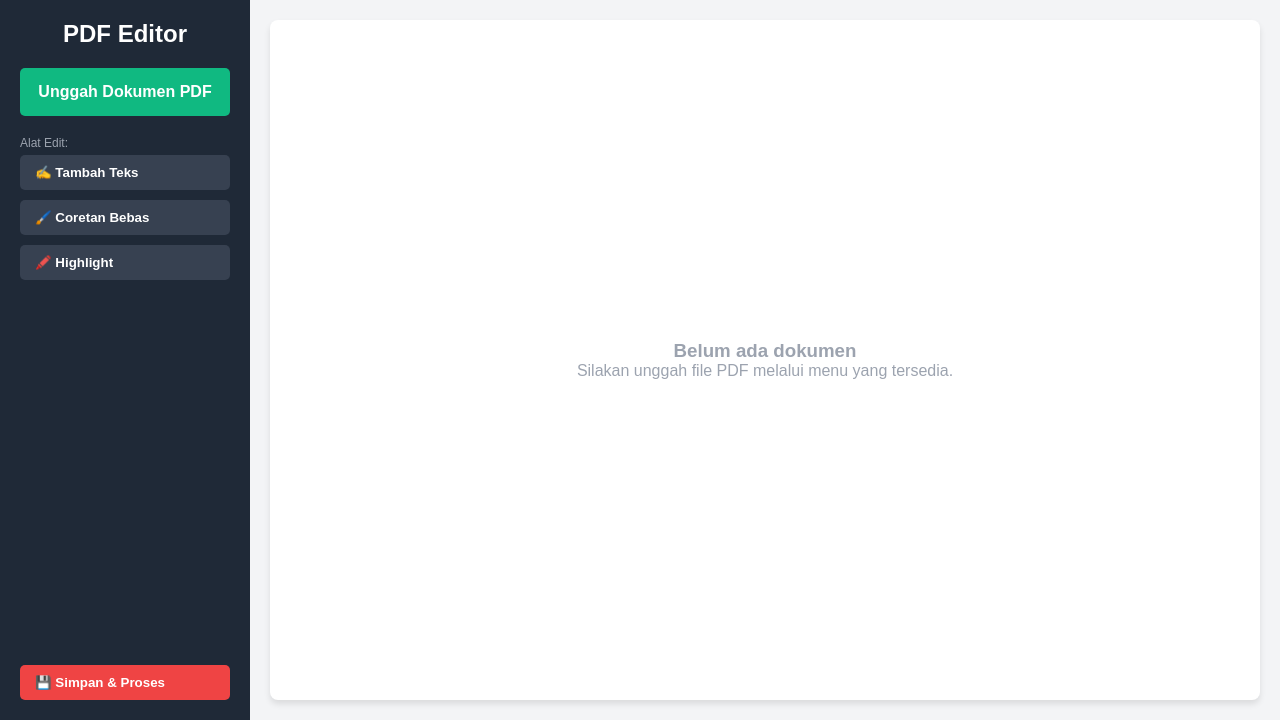
Repository: IkhsanMoekhtar/pdf_editor
Page: /
These files come from the project's save history. The page is drawn as it stood at one moment and after the next save; the edit follows.
The browser window is 1280 px wide. The pictures show the whole page.
The project was rebuilt for these pictures with package versions that can differ from the ones it lists, and the page was loaded fresh each time. Also part of the build but not shown: vite.config.js.

Above is the page before, as saved 2026-03-18 04:43:31.

### index.html
<!doctype html>
<html lang="en">
  <head>
    <meta charset="UTF-8" />
    <link rel="icon" type="image/svg+xml" href="/favicon.svg" />
    <meta name="viewport" content="width=device-width, initial-scale=1.0" />
    <title>frontend-pdf</title>
  </head>
  <body>
    <div id="root"></div>
    <script type="module" src="/src/main.jsx"></script>
  </body>
</html>

### src/index.css
/* --- CSS RESET GLOBAL --- */

/* Tanda bintang (*) artinya menerapkan aturan ini ke SEMUA elemen di website */
* {
  margin: 0;
  padding: 0;
  box-sizing: border-box; /* Memastikan padding tidak menambah lebar elemen */
}

/* Memaksa elemen dasar website untuk mengambil 100% layar tanpa sisa */
html, body, #root {
  width: 100%;
  height: 100%;
  background-color: #f3f4f6; /* Warna latar belakang aplikasi kita */
}

/* Menghilangkan font default yang kaku */
body {
  font-family: Inter, system-ui, Avenir, Helvetica, Arial, sans-serif;
  -webkit-font-smoothing: antialiased;
}

### src/App.jsx
import React, { useState } from 'react';
import './App.css'; // Mengimpor file CSS yang baru dibuat

function App() {
  const [pdfFile, setPdfFile] = useState(null);
  const [activeTool, setActiveTool] = useState(null);

  const handleFileUpload = (event) => {
    const file = event.target.files[0];
    if (file && file.type === 'application/pdf') {
      const fileUrl = URL.createObjectURL(file);
      setPdfFile(fileUrl);
    } else {
      alert("Mohon unggah file dengan format PDF.");
    }
  };

  const handleToolClick = (toolName) => {
    setActiveTool(toolName);
    if (toolName === 'save') {
      alert("Ini akan mengirim file ke backend Golang nanti!");
      setActiveTool(null);
    }
  };

  return (
    <div className="app-container">

      {/* BAGIAN SIDEBAR (Kiri di Desktop, Atas di HP) */}
      <div className="sidebar">
        <h2 style={{ margin: '0 0 20px 0', textAlign: 'center' }}>PDF Editor</h2>

        <label className="upload-label">
          Unggah Dokumen PDF
          <input type="file" accept="application/pdf" style={{ display: 'none' }} onChange={handleFileUpload} />
        </label>

        <p style={{ fontSize: '12px', color: '#9ca3af', marginBottom: '5px' }}>Alat Edit:</p>

        <div className="tools-group">
          {/* Tambahkan class 'active' jika tool sedang dipilih */}
          <button
            className={`tool-btn ${activeTool === 'text' ? 'active' : ''}`}
            onClick={() => handleToolClick('text')}
          >
            ✍️ Tambah Teks
          </button>
          <button
            className={`tool-btn ${activeTool === 'draw' ? 'active' : ''}`}
            onClick={() => handleToolClick('draw')}
          >
            🖌️ Coretan Bebas
          </button>
          <button
            className={`tool-btn ${activeTool === 'highlight' ? 'active' : ''}`}
            onClick={() => handleToolClick('highlight')}
          >
            🖍️ Highlight
          </button>
        </div>

        <button
          className="tool-btn save-btn"
          onClick={() => handleToolClick('save')}
        >
          💾 Simpan & Proses
        </button>
      </div>

      {/* BAGIAN UTAMA (Kanan di Desktop, Bawah di HP) */}
      <div className="main-content">
        <div className="viewer-container">
          {pdfFile ? (
            <iframe
              src={pdfFile}
              width="100%"
              height="100%"
              title="PDF Viewer"
              style={{ border: 'none' }}
            />
          ) : (
            <div style={{ color: '#9ca3af', textAlign: 'center', padding: '20px' }}>
              <h3>Belum ada dokumen</h3>
              <p>Silakan unggah file PDF melalui menu yang tersedia.</p>
            </div>
          )}
        </div>
      </div>

    </div>
  );
}

export default App;

### src/App.css
/* --- TATA LETAK UTAMA (DESKTOP) --- */
.app-container {
  display: flex;
  height: 100vh;
  font-family: sans-serif;
  background-color: #f3f4f6;
  flex-direction: row; /* Menyamping: Kiri sidebar, kanan viewer */
}

.sidebar {
  width: 250px;
  background-color: #1f2937;
  color: white;
  padding: 20px;
  display: flex;
  flex-direction: column;
  flex-shrink: 0;
}

.main-content {
  flex: 1;
  display: flex;
  flex-direction: column;
  padding: 20px;
  height: 100%;
}

/* --- ELEMEN DI DALAM SIDEBAR --- */
.upload-label {
  padding: 15px;
  background-color: #10b981;
  color: white;
  text-align: center;
  border-radius: 5px;
  cursor: pointer;
  font-weight: bold;
  margin-bottom: 20px;
  display: block;
}

.tools-group {
  display: flex;
  flex-direction: column;
  gap: 10px;
  margin-bottom: 20px;
}

.tool-btn {
  padding: 10px 15px;
  background-color: #374151;
  color: white;
  border: none;
  border-radius: 5px;
  cursor: pointer;
  text-align: left;
  font-weight: bold;
  transition: background 0.2s;
}

.tool-btn.active {
  background-color: #3b82f6; /* Warna biru saat alat dipilih */
}

.save-btn {
  background-color: #ef4444;
  margin-top: auto; /* Mendorong tombol ke paling bawah */
  width: 100%;
}

/* --- AREA PENAMPIL PDF --- */
.viewer-container {
  flex: 1;
  background-color: white;
  border-radius: 8px;
  box-shadow: 0 4px 6px rgba(0,0,0,0.1);
  display: flex;
  justify-content: center;
  align-items: center;
  overflow: hidden;
}

/* =========================================
   MEDIA QUERY: TATA LETAK UNTUK HP/TABLET
   ========================================= */
@media (max-width: 768px) {
  .app-container {
    flex-direction: column; /* Ubah menjadi atas-bawah */
    height: auto;
    min-height: 100vh;
  }

  .sidebar {
    width: 100%;
    padding: 15px;
    /* Menghilangkan margin auto pada save-btn agar tidak aneh di HP */
  }

  .tools-group {
    flex-direction: row; /* Susun tombol alat menyamping di HP */
    flex-wrap: wrap; /* Jika tidak muat, turun ke baris bawahnya */
  }

  .tool-btn {
    flex: 1; /* Tombol berbagi lebar rata */
    min-width: 120px;
    text-align: center;
  }

  .main-content {
    padding: 10px;
    height: 60vh; /* Memberi ruang khusus untuk penampil PDF di HP */
  }

  .save-btn {
    margin-top: 10px;
  }
}

Loaded but not shown: src/main.jsx (common file)

After the next save:
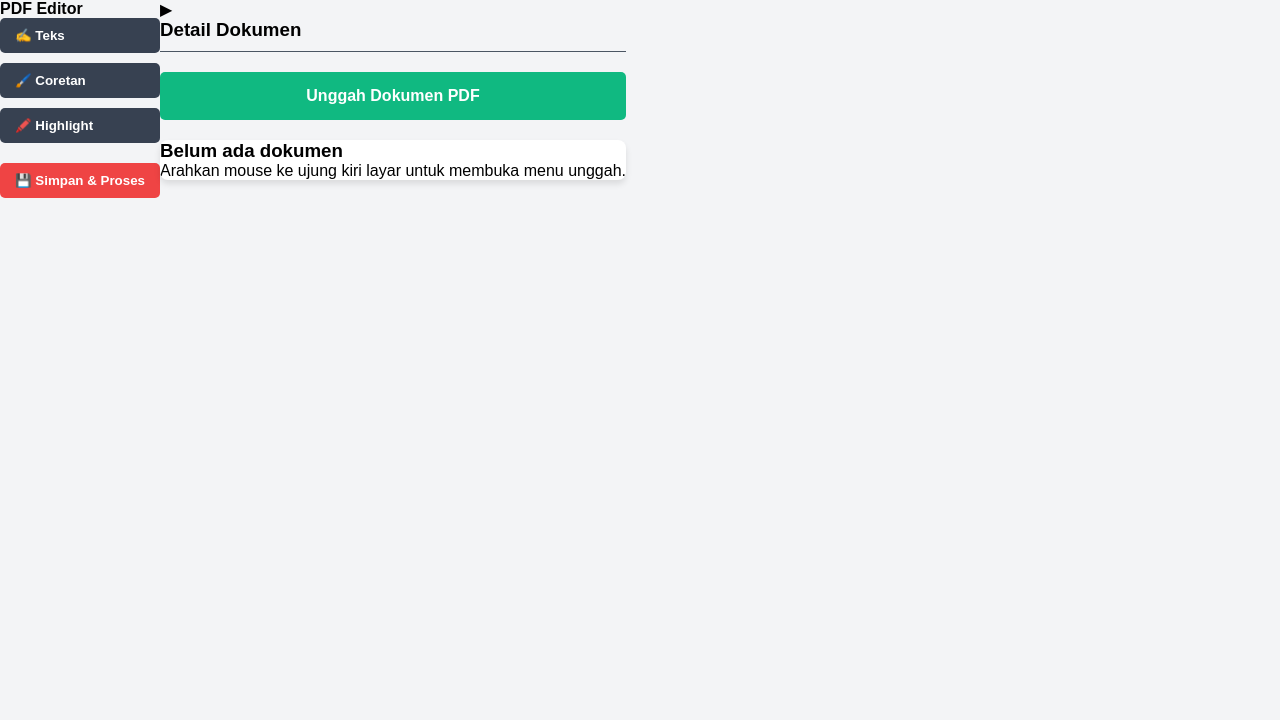
Saved 97 s later.
--- a/src/App.jsx
+++ b/src/App.jsx
@@ -1,5 +1,5 @@
 import React, { useState } from 'react';
-import './App.css'; // Mengimpor file CSS yang baru dibuat
+import './App.css';
 
 function App() {
   const [pdfFile, setPdfFile] = useState(null);
@@ -18,7 +18,7 @@ function App() {
   const handleToolClick = (toolName) => {
     setActiveTool(toolName);
     if (toolName === 'save') {
-      alert("Ini akan mengirim file ke backend Golang nanti!");
+      alert("Mempersiapkan data untuk dikirim ke backend Golang!");
       setActiveTool(null);
     }
   };
@@ -26,30 +26,24 @@ function App() {
   return (
     <div className="app-container">
 
-      {/* BAGIAN SIDEBAR (Kiri di Desktop, Atas di HP) */}
-      <div className="sidebar">
-        <h2 style={{ margin: '0 0 20px 0', textAlign: 'center' }}>PDF Editor</h2>
-
-        <label className="upload-label">
-          Unggah Dokumen PDF
-          <input type="file" accept="application/pdf" style={{ display: 'none' }} onChange={handleFileUpload} />
-        </label>
-
-        <p style={{ fontSize: '12px', color: '#9ca3af', marginBottom: '5px' }}>Alat Edit:</p>
+      {/* --- TOPBAR: Menu Editing Utama --- */}
+      <header className="topbar">
+        <div className="brand">
+          <strong>PDF Editor</strong>
+        </div>
 
         <div className="tools-group">
-          {/* Tambahkan class 'active' jika tool sedang dipilih */}
           <button
             className={`tool-btn ${activeTool === 'text' ? 'active' : ''}`}
             onClick={() => handleToolClick('text')}
           >
-            ✍️ Tambah Teks
+            ✍️ Teks
           </button>
           <button
             className={`tool-btn ${activeTool === 'draw' ? 'active' : ''}`}
             onClick={() => handleToolClick('draw')}
           >
-            🖌️ Coretan Bebas
+            🖌️ Coretan
           </button>
           <button
             className={`tool-btn ${activeTool === 'highlight' ? 'active' : ''}`}
@@ -59,16 +53,41 @@ function App() {
           </button>
         </div>
 
-        <button
-          className="tool-btn save-btn"
-          onClick={() => handleToolClick('save')}
-        >
+        <button className="tool-btn save-btn" onClick={() => handleToolClick('save')}>
           💾 Simpan & Proses
         </button>
-      </div>
+      </header>
 
-      {/* BAGIAN UTAMA (Kanan di Desktop, Bawah di HP) */}
-      <div className="main-content">
+      {/* --- AREA KERJA UTAMA --- */}
+      <main className="workspace">
+
+        {/* --- SIDEBAR TERSEMBUNYI (Slide dari Kiri) --- */}
+        <aside className="slide-sidebar">
+          {/* Elemen visual kecil agar user tahu ada menu di kiri */}
+          <div className="sidebar-hint">▶</div>
+
+          <div className="sidebar-content">
+            <h3 style={{ marginBottom: '20px', borderBottom: '1px solid #4b5563', paddingBottom: '10px' }}>
+              Detail Dokumen
+            </h3>
+
+            <label className="upload-label">
+              Unggah Dokumen PDF
+              <input type="file" accept="application/pdf" style={{ display: 'none' }} onChange={handleFileUpload} />
+            </label>
+
+            {pdfFile && (
+              <div className="document-info">
+                <p>✅ Dokumen aktif dimuat.</p>
+                <p style={{ fontSize: '12px', color: '#9ca3af', marginTop: '10px' }}>
+                  Arahkan mouse keluar dari area ini untuk menutup panel.
+                </p>
+              </div>
+            )}
+          </div>
+        </aside>
+
+        {/* --- AREA PENAMPIL PDF --- */}
         <div className="viewer-container">
           {pdfFile ? (
             <iframe
@@ -79,14 +98,14 @@ function App() {
               style={{ border: 'none' }}
             />
           ) : (
-            <div style={{ color: '#9ca3af', textAlign: 'center', padding: '20px' }}>
+            <div className="empty-state">
               <h3>Belum ada dokumen</h3>
-              <p>Silakan unggah file PDF melalui menu yang tersedia.</p>
+              <p>Arahkan mouse ke ujung kiri layar untuk membuka menu unggah.</p>
             </div>
           )}
         </div>
-      </div>
 
+      </main>
     </div>
   );
 }
